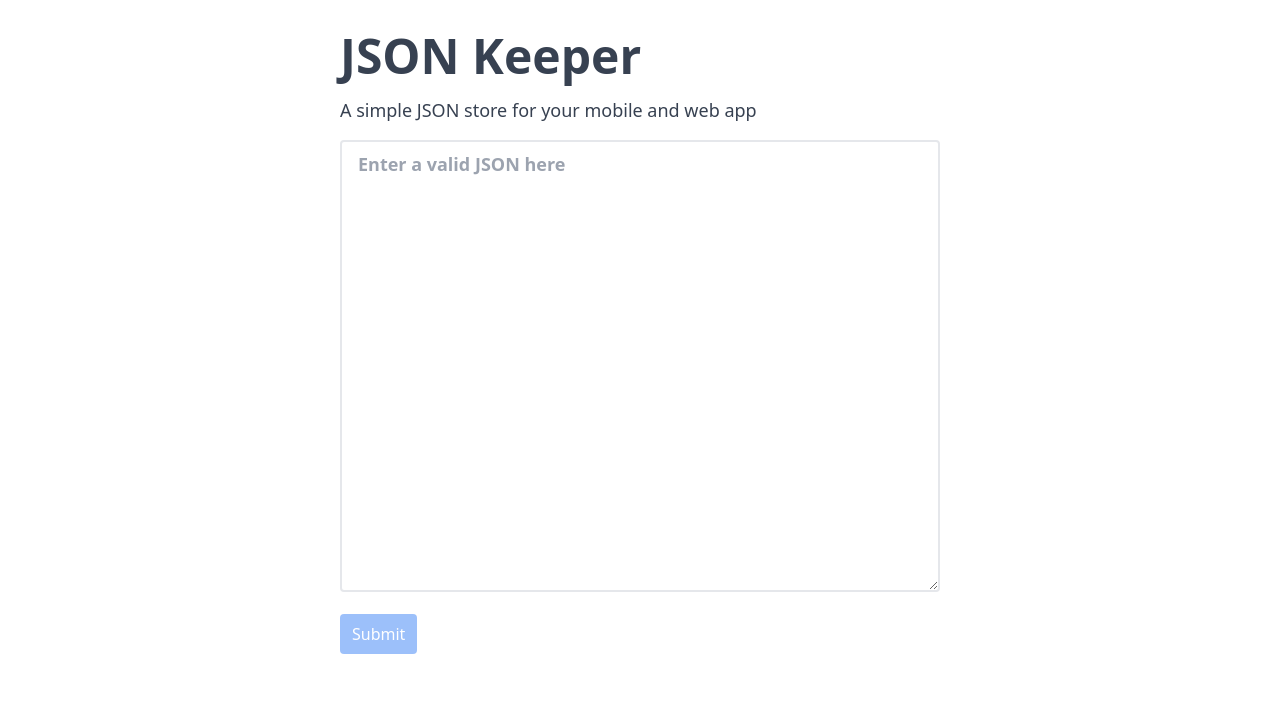
Repository: lakshithapramodya/jsonhub
Page: / (app in client/)
These files come from the project's save history. The page is drawn as it stood at one moment and after the next save; the edit follows.
The browser window is 1280 px wide. The pictures show the whole page.
The page's requests for data from a server got no answer. The project was rebuilt for these pictures with package versions that can differ from the ones it lists, and the page was loaded fresh each time. No one was signed in, and anything a server would have sent is missing. Also part of the build but not shown: client/src/HandleJsonData.js.

Above is the page before, as saved 2023-05-10 12:23:44.

### client/src/index.js
import React from "react";
import ReactDOM from "react-dom/client";
import "./index.css";
import App from "./App";
import { BrowserRouter, Route, Routes } from "react-router-dom";
import HandleJsonData from "./HandleJsonData";

const root = ReactDOM.createRoot(document.getElementById("root"));
root.render(
  <React.StrictMode>
    <BrowserRouter>
      <Routes>
        <Route path="/" element={<App />} />
        <Route path=":url" element={<HandleJsonData />} />
      </Routes>
    </BrowserRouter>
  </React.StrictMode>
);

### client/src/App.js
import { useState } from "react";
import { SERVER_ENDPOINT } from "./config/Default";
import axios from "axios";

function App() {
  const [input, setInput] = useState([]);
  const [url, setUrl] = useState("");

  const sendRequest = async () => {
    const res = await axios
      .post(`${SERVER_ENDPOINT}/api/json`, {
        text: input,
      })
      .then()
      .catch((err) => console.log(err));
    const data = res.data;
    return data;
  };

  const handleSubmit = (e) => {
    e.preventDefault();
    sendRequest().then((res) => {
      console.log(res.url);
      res && setInput([]);
      setUrl(res.url);
    });
  };

  function isJsonString(str) {
    try {
      JSON.parse(str);
    } catch (e) {
      return false;
    }
    return true;
  }

  return (
    <div className="min-w-full min-h-screen flex flex-col">
      {url && (
        <a href={`${SERVER_ENDPOINT}/${url}`}>{`${SERVER_ENDPOINT}/${url}`}</a>
      )}
      <div className="flex flex-col mx-auto mt-8 w-full md:w-1/2 items-center justify-center">
        <form onSubmit={handleSubmit} className="w-full space-y-4 px-5">
          <h1 className="text-5xl font-semibold text-gray-700">JSON Keeper</h1>
          <p className="text-gray-700 text-lg">
            A simple JSON store for your mobile and web app
          </p>
          <textarea
            placeholder="Enter a valid JSON here"
            onChange={(e) => setInput(e.target.value)}
            value={input}
            rows={18}
            className="border-2 w-full rounded p-2 px-4 placeholder:text-lg font-semibold"
          />
          <button
            className="bg-blue-500 p-2 px-3 rounded text-white disabled:opacity-50"
            disabled={!isJsonString(input)}
            type="submit"
          >
            Submit
          </button>
        </form>
      </div>
    </div>
  );
}

export default App;

### client/src/config/Default.js
export const SERVER_ENDPOINT =
  process.env.REACT_APP_SERVER_ENDPOINT || "http://localhost:5000";

Loaded but not shown: client/public/index.html (common file); client/src/index.css (common file); client/tailwind.config.js (common file)

After the next save:
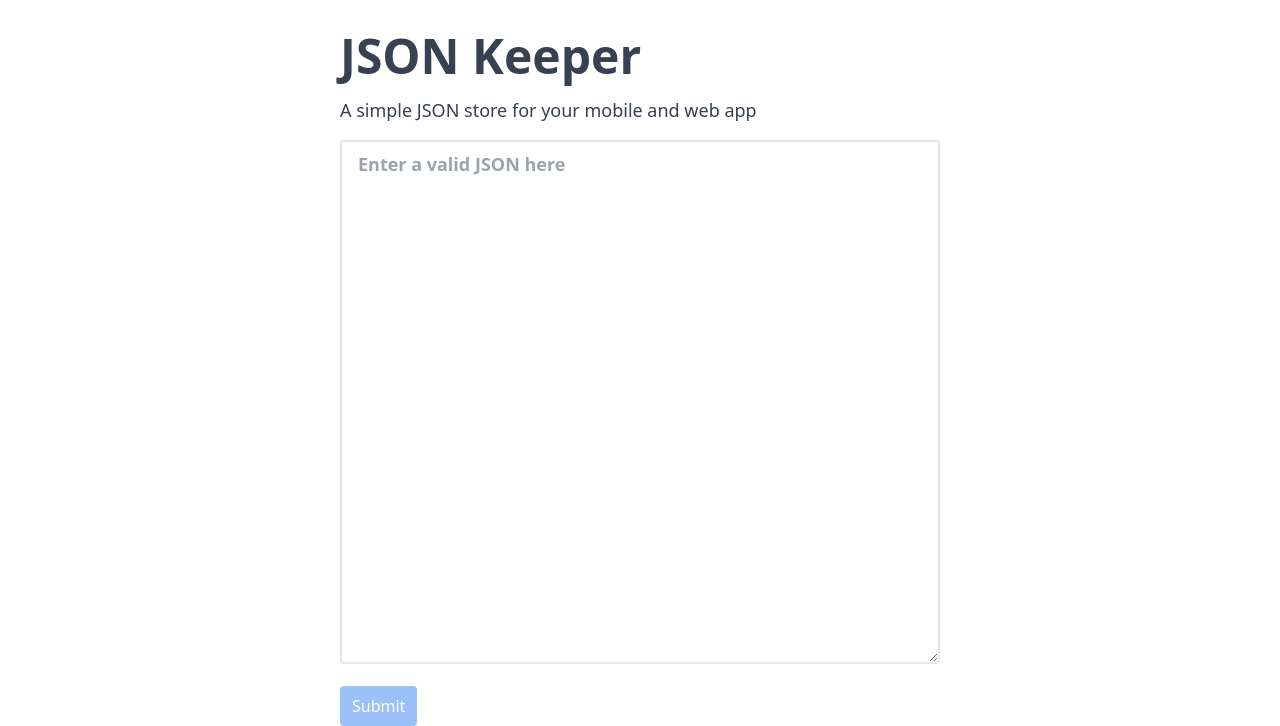
Saved 10 s later.
--- a/client/src/App.js
+++ b/client/src/App.js
@@ -51,7 +51,7 @@ function App() {
             onChange={(e) => setInput(e.target.value)}
             value={input}
             rows={18}
-            className="border-2 w-full rounded p-2 px-4 placeholder:text-lg font-semibold"
+            className="border-2 w-full rounded p-2 px-4 text-lg font-semibold"
           />
           <button
             className="bg-blue-500 p-2 px-3 rounded text-white disabled:opacity-50"
